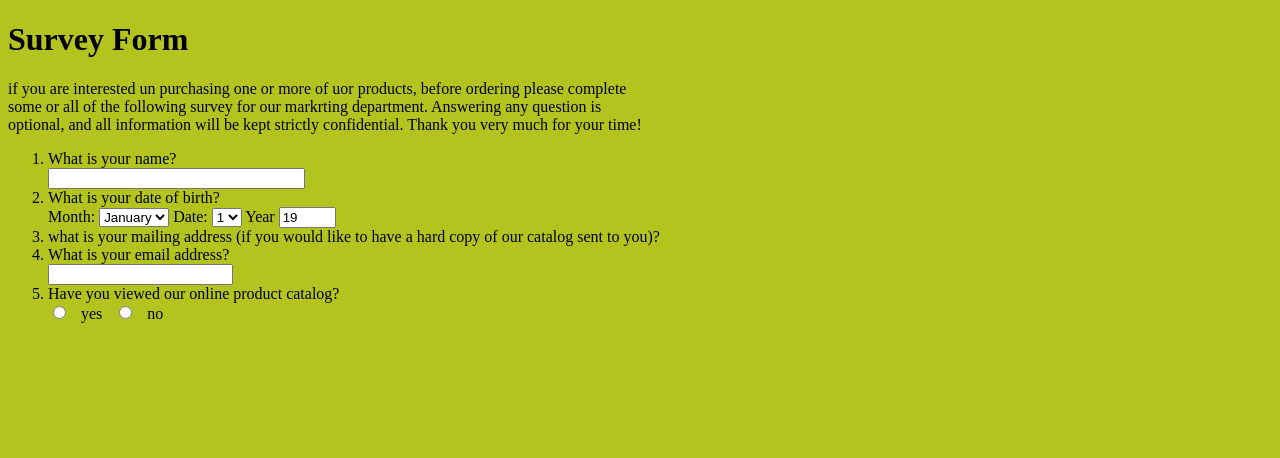
Repository: PhamChiXuan1/HTCNW_tuan3_DHCNTT16C_PhamChiXuan_20030131
Page: bt17.html
These files come from the project's save history. The page is drawn as it stood at one moment and after the next save; the edit follows.
The browser window is 1280 px wide. The pictures show the whole page.

Above is the page before, as saved 2022-02-27 22:29:38.

After the next save:
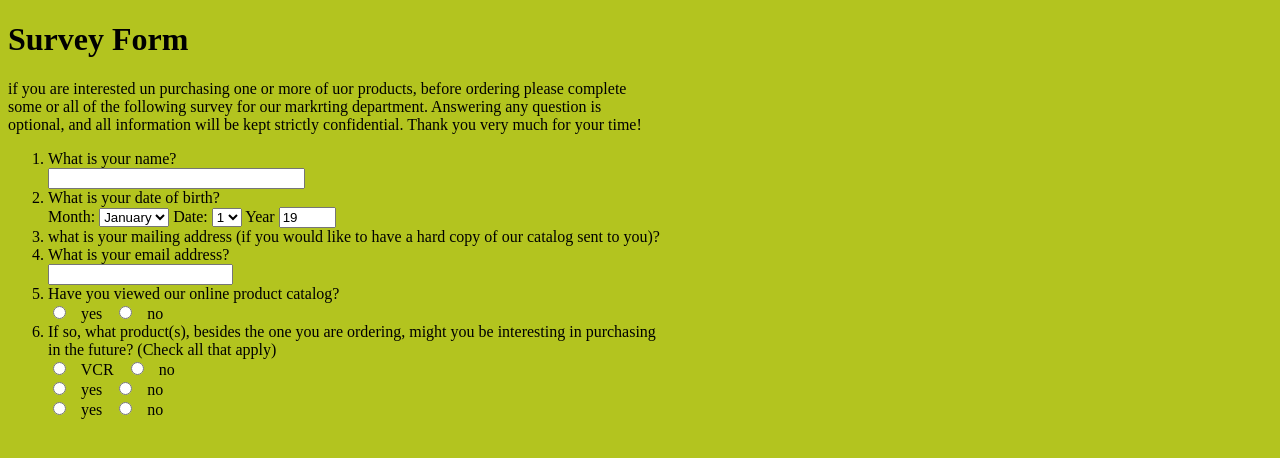
Saved 7 min 42 s later.
--- a/bt17.html
+++ b/bt17.html
@@ -10,8 +10,10 @@
     <H1>Survey Form</H1>
     <P>if you are interested un purchasing one or more of uor products, before ordering please complete <br>some or all of the following survey for our markrting department. Answering any question is <br>optional, and all information will be kept strictly confidential. Thank you very much for your time!</P>
     <ol type="1">
+
         <li>What is your name?</li>
             <input type="text" id="" name="19" size="29" >
+
         <li>What is your date of birth?</li>
         <form>
             <label for="cars">Month:</label>
@@ -24,16 +26,33 @@
             </select>
             <label for="cars">Year</label>
             <input type="text" id="" name="19" size="4" value="19">
+
             <li>what is your mailing address (if you would like to have a hard copy of our catalog sent to you)?</li>
+
             <li>What is your email address?</li>
             <form>
                 <input type="text" id="fname" name="fname" value=""><br>
             </form>
+
             <li>Have you viewed our online product catalog?</li>
             <input type="radio" id="yes" name="fav_language" value="yes">
-  <label        for="yes">yes</label>
-  <input        type="radio" id="no" name="fav_language" value="no">
-  <label        for="no">no</label><br>
+                <label for="yes">yes</label>
+            <input type="radio" id="no" name="fav_language" value="no">
+                <label for="no">no</label><br>
+
+            <li>If so, what product(s), besides the one you are ordering, might you be interesting in purchasing <br>in the future? (Check all that apply)</li>
+            <input type="radio" id="" name="" value="">
+                <label for="VCR">VCR</label>
+            <input type="radio" id="no" name="fav_language" value="no">
+                <label for="no">no</label><br>
+            <input type="radio" id="yes" name="fav_language" value="yes">
+                <label for="yes">yes</label>
+            <input type="radio" id="no" name="fav_language" value="no">
+                <label for="no">no</label><br>
+            <input type="radio" id="yes" name="fav_language" value="yes">
+                <label for="yes">yes</label>
+            <input type="radio" id="no" name="fav_language" value="no">
+                <label for="no">no</label><br>
         </form>
     </ol>
 
